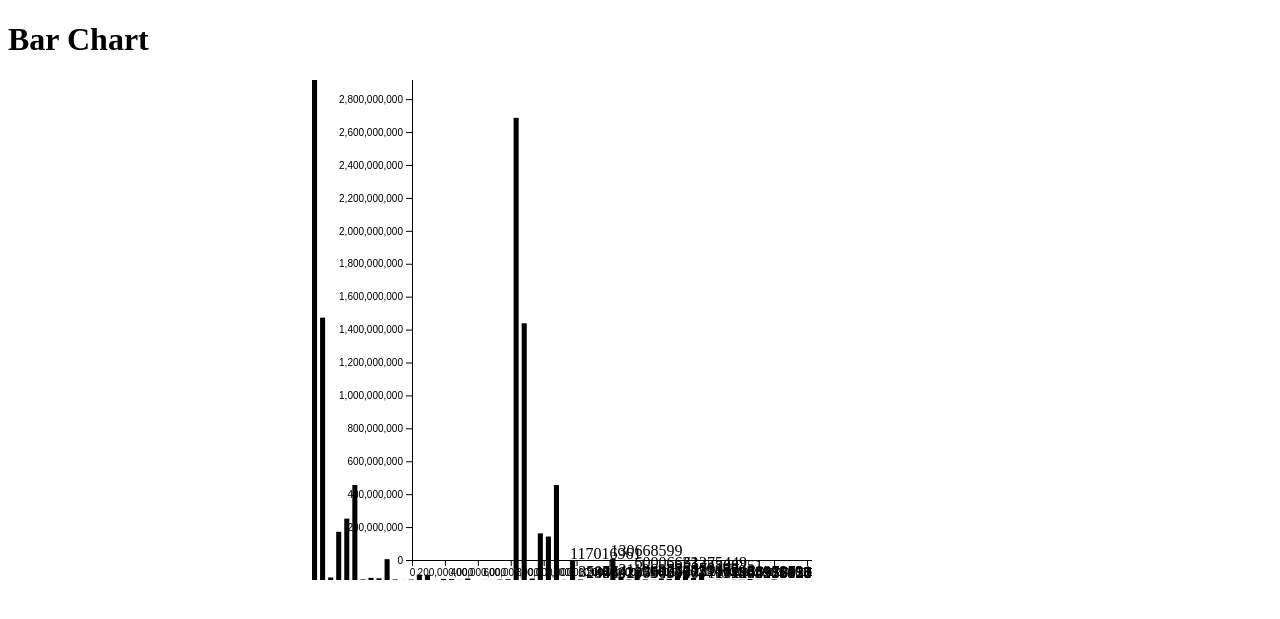
Repository: komalharjani/d3js-visualisation
Page: index.html
These files come from the project's save history. The page is drawn as it stood at one moment and after the next save; the edit follows.
The browser window is 1280 px wide. The pictures show the whole page.

Above is the page before, as saved 2020-04-29 18:17:37.

After the next save:
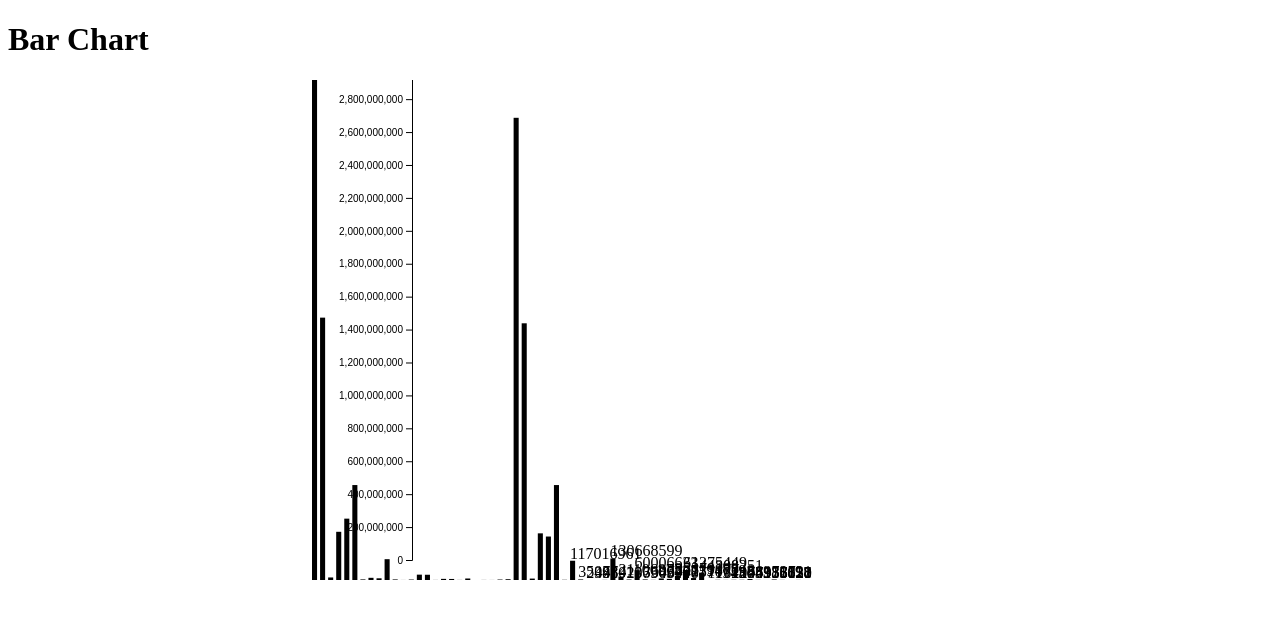
Saved 7 s later.
--- a/index.js
+++ b/index.js
@@ -59,7 +59,7 @@ d3.csv(dataPath)
                 //X Axis
                 let x_axis = d3.axisBottom()
                         .scale(xscale);
-                let xAxisTranslate = height - 20;
+                let xAxisTranslate = height + 20;
                 svg.append("g")
                         .attr("transform", "translate(100, " + xAxisTranslate + ")")
                         .call(x_axis)
